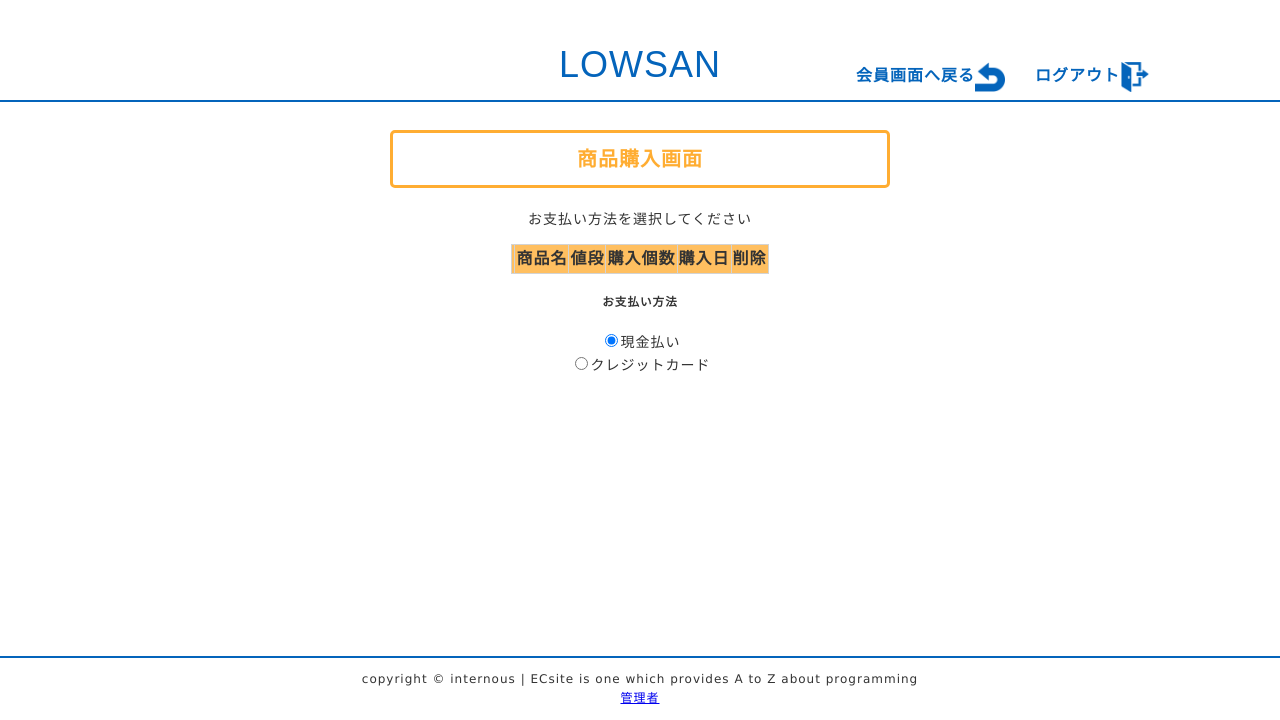
Repository: nishimura0212/myECsite
Page: http://localhost/ecsite/buyItem.jsp
These files come from the project's save history. The page is drawn as it stood at one moment and after the next save; the edit follows.
The browser window is 1280 px wide. The pictures show the whole page.
The page is served by Tomcat 9.

Above is the page before, as saved 2019-01-02 14:28:48.

After the next save:
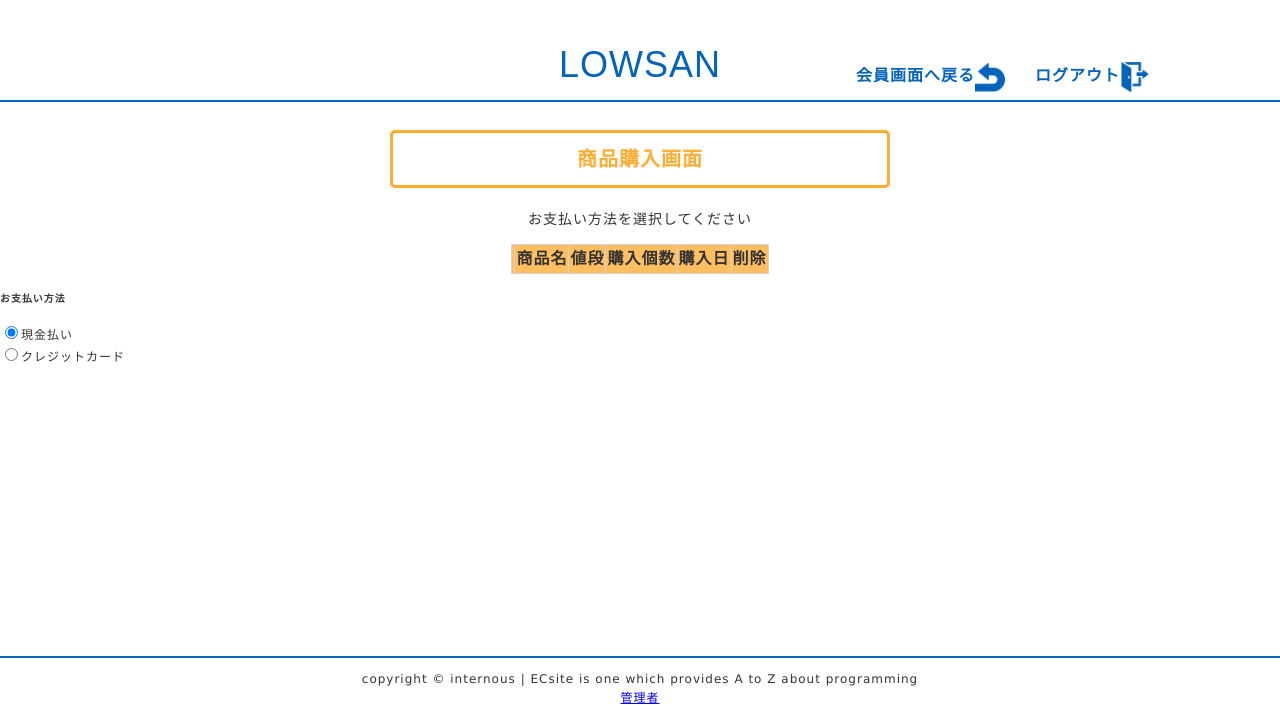
Saved 26 s later.
--- a/ecsite/WebContent/buyItem.jsp
+++ b/ecsite/WebContent/buyItem.jsp
@@ -57,8 +57,8 @@
 				</tr>
 			</s:iterator>
 		</table>
-		<div class="comment">
-			<h5 class="pay-method">お支払い方法</h5>
+		<div class="pay-method">
+			<h5>お支払い方法</h5>
 			<input type="radio" name="pay" value="1" checked="checked">現金払い
 			<br><input type="radio" name="pay"value="2">クレジットカード
 		</div>
